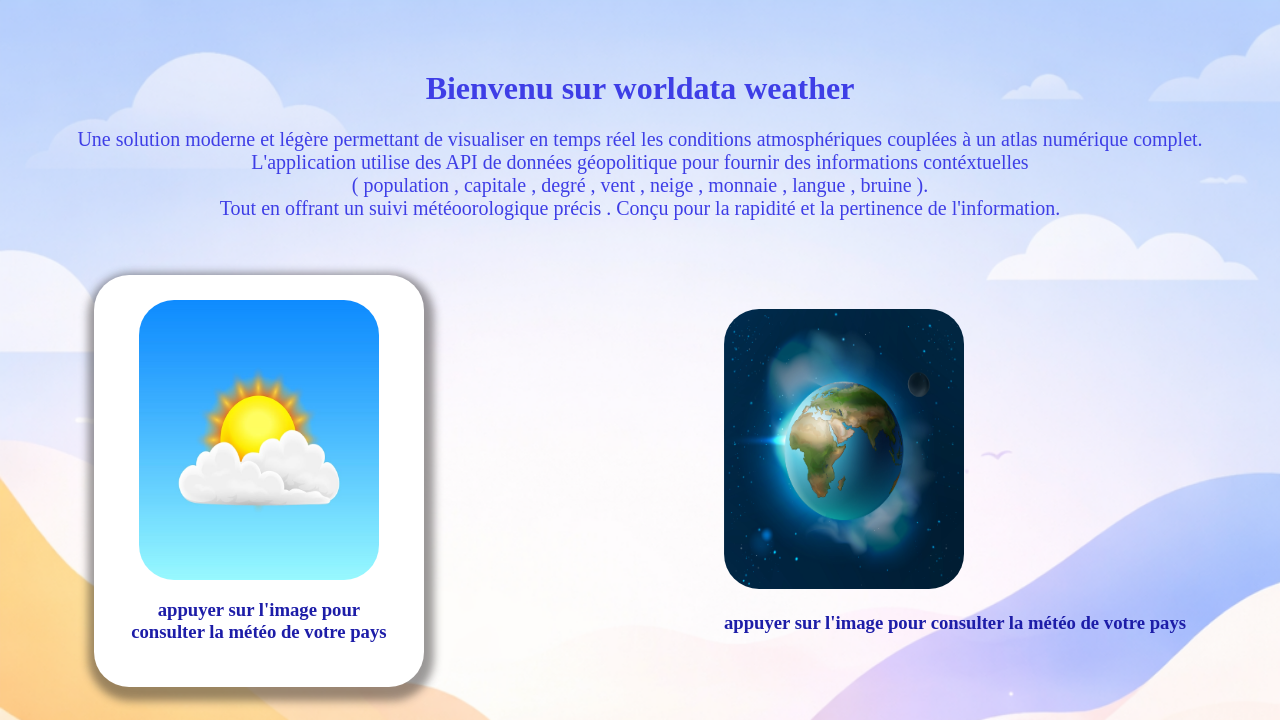
Repository: assanendao171/meteo
Page: index.html
The author's editor kept a copy of each file at every save. The page is drawn from the files as they stood at one save, then again after the next save.
The browser window is 1280 px wide. The pictures show the whole page.

Above is the page before, as saved 2026-03-18 17:21:04.

### index.html
<!DOCTYPE html>
<html lang="en">
<head>
    <meta charset="UTF-8">
    <meta name="viewport" content="width=device-width, initial-scale=1.0">
    <title>Document</title>
    <link rel="stylesheet" href="style.css">
</head>
<body>
    <h1>Bienvenu sur worldata weather</h1>
    <p>Une solution moderne et légère permettant de visualiser en temps réel les conditions atmosphériques couplées à un atlas numérique
        complet. <br> L'application utilise des API de données géopolitique pour fournir des informations contéxtuelles <br>
        ( population , capitale , degré , vent , neige , monnaie , langue , bruine ). <br>
        Tout en offrant un suivi météoorologique précis . Conçu pour la rapidité et la  pertinence de l'information.
    </p>
    <div id="contain">
        <div id="img1">
            <img src="acceuil.jpg" alt="meteo">
<h3>appuyer sur l'image pour consulter la météo de votre pays</h3>
        </div>
        <div id="ima2">
<img src="18966224.jpg" alt="la terre">
<h3>appuyer sur l'image pour consulter la météo de votre pays</h3>


        </div>
    </div>
</body>
</html>

### style.css
body{
    background-image: url("fondacceuil.png");
    background-size: cover;
    background-repeat: no-repeat;
}
img{
    width: 240px;
    height: 280px;
    border-radius: 35px;
}
img:hover{
transform: scale(1.1);
transition: 1.5s;
}
h1{
    text-align: center;
    color: rgb(62, 62, 230);
    font-size:2rem;
        margin-top: 70px;

}
#contain{
    display: flex;
    gap: 300px;
flex-direction: row;
justify-content: center;
align-items: center;
margin-top:55px
}
p{
        font-size: 20px;
    text-align: center;
    color: rgb(62, 62, 230);
}
#img1{
    width: 280px;
    height: auto;
    padding:25px;
    background-color: white;
    display: flex;
    flex-direction: column;
    justify-content: center;
    align-items: center;
    border-radius: 35px;
    box-shadow: rgba(31, 28, 28, 0.445) 2px 6px 8px 8px;

}
h3{
        text-align: center;
    color: rgb(29, 29, 168);
}

After the next save:
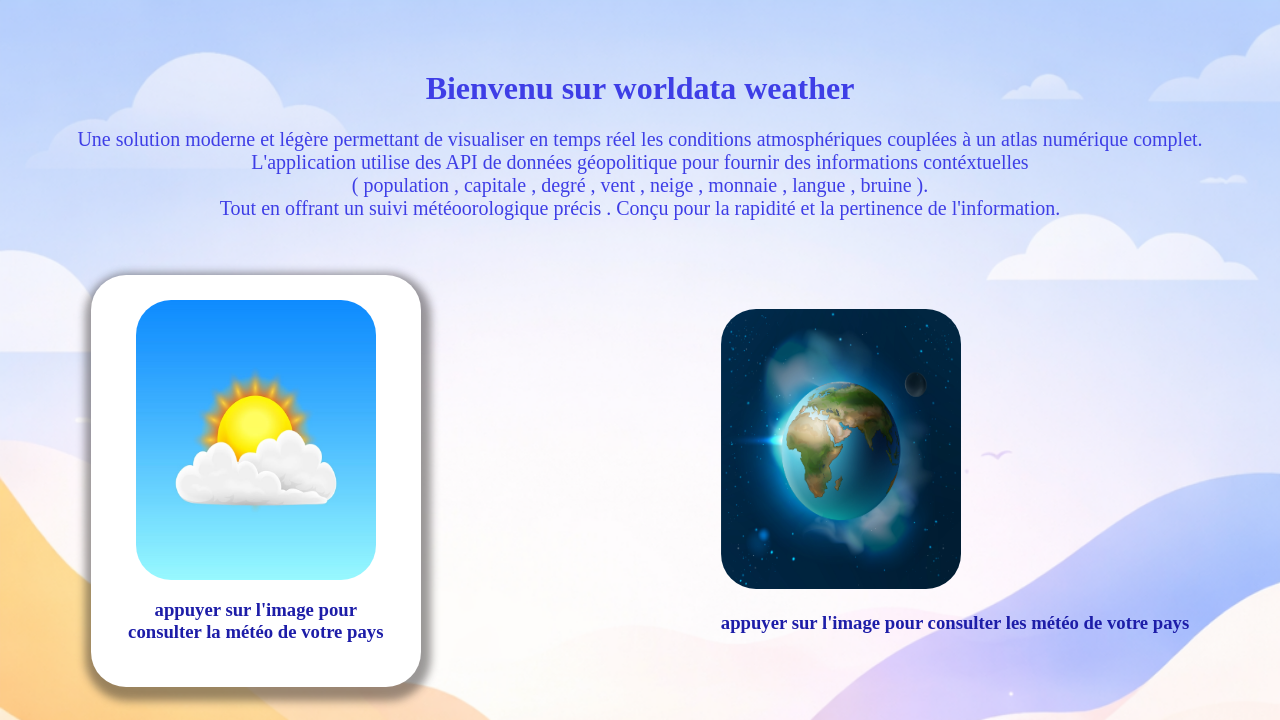
Saved 16 s later.
--- a/index.html
+++ b/index.html
@@ -20,7 +20,7 @@
         </div>
         <div id="ima2">
 <img src="18966224.jpg" alt="la terre">
-<h3>appuyer sur l'image pour consulter la météo de votre pays</h3>
+<h3>appuyer sur l'image pour consulter les météo de votre pays</h3>
 
 
         </div>

After the save that followed:
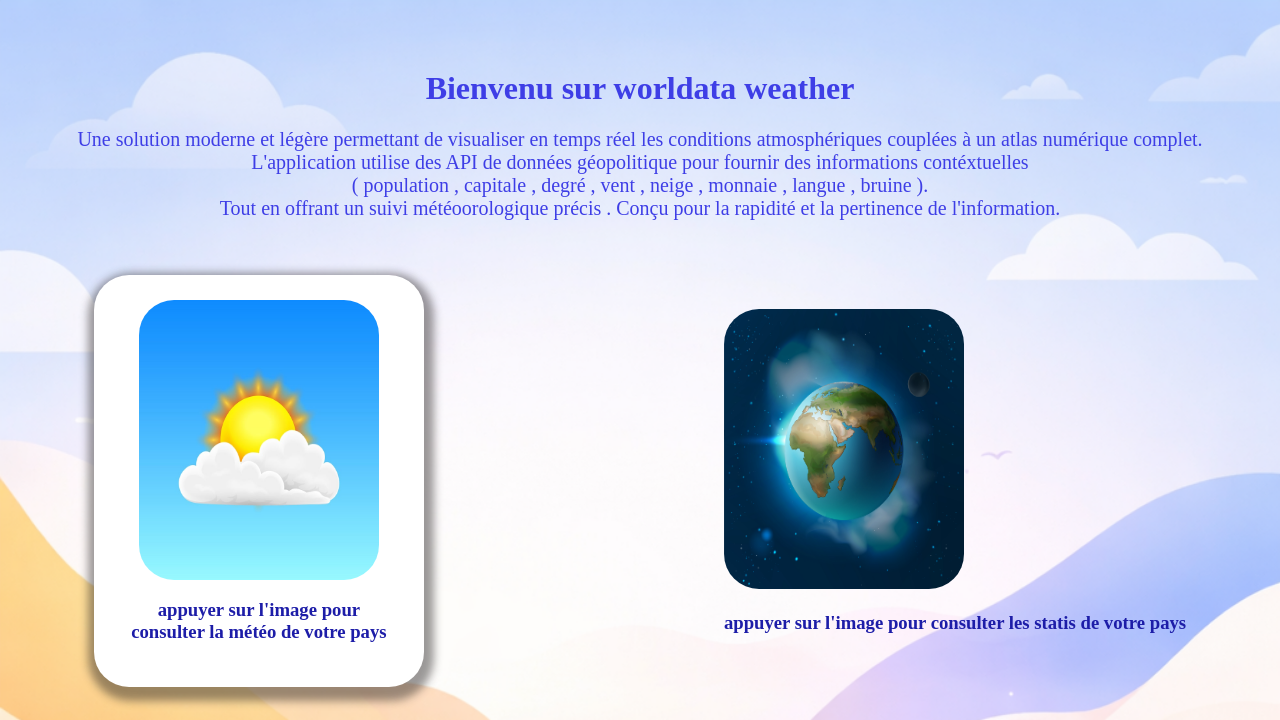
Saved 5 s later.
--- a/index.html
+++ b/index.html
@@ -20,7 +20,7 @@
         </div>
         <div id="ima2">
 <img src="18966224.jpg" alt="la terre">
-<h3>appuyer sur l'image pour consulter les météo de votre pays</h3>
+<h3>appuyer sur l'image pour consulter les statis de votre pays</h3>
 
 
         </div>
